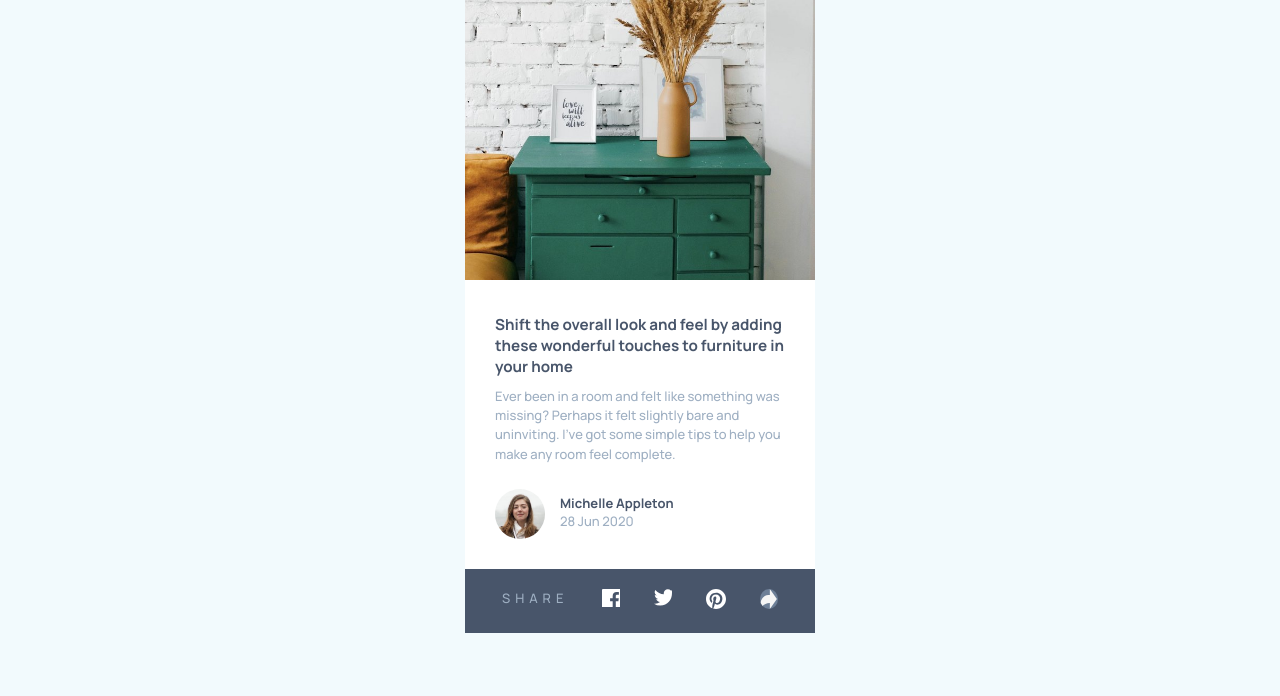
Repository: ellenliao95/frontend-mentor-solution
Page: article-preview-component-master/index.html
The author's editor kept a copy of each file at every save. The page is drawn from the files as they stood at one save, then again after the next save.
The browser window is 1280 px wide. The pictures show the whole page.

Above is the page before, as saved 2023-03-20 09:35:43.

### article-preview-component-master/index.html
<!DOCTYPE html>
<html lang="en">
<head>
  <meta charset="UTF-8">
  <meta name="viewport" content="width=device-width, initial-scale=1.0"> <!-- displays site properly based on user's device -->

<!-- fonts style -->
  <link rel="preconnect" href="https://fonts.googleapis.com">
  <link rel="preconnect" href="https://fonts.gstatic.com" crossorigin>
  <link href="https://fonts.googleapis.com/css2?family=Manrope:wght@500;700&display=swap" rel="stylesheet">

  <link rel="icon" type="image/png" sizes="32x32" href="./images/favicon-32x32.png">

  <title>Frontend Mentor | Article preview component</title>

  <link rel="stylesheet" href="index.css">
</head>
<body>
  <div class="all-container">
    <article>
      <picture>
        <source media="(min-width: 375px)" srcset="images/drawers.jpg">
        <img src="images/drawers.jpg" alt="" class="drawers-img">
      </picture>
    </article>

    <article class="container">
      <div>
        <h3>
          Shift the overall look and feel by adding these wonderful
          touches to furniture in your home
        </h3>
        <p>
          Ever been in a room and felt like something was missing? Perhaps it felt slightly bare and uninviting. I’ve got some simple tips to help you make any room feel complete.
        </p>
      </div>

      <div class="head-card">
        <img src="images/avatar-michelle.jpg" alt="me" class="head-img">
        <ul class="head-text">
          <li id="name">Michelle Appleton</li>
          <li>28 Jun 2020</li>
        </ul>

      </div>
    </article>
    <div class="share-dtl">
      <p>SHARE</p>
      <a href="#">
        <img src="images/icon-facebook.svg" alt="icon facebook ">
      </a>
      <a href="#">
        <img src="images/icon-twitter.svg" alt="icon twitter">
      </a>
      <a href="#">
        <img src="images/icon-pinterest.svg" alt="icon-pinterest">
      </a>
      <img
        src="images/icon-share.svg" alt="icon share" class="share-icon"
      >
    </div>
</div>
</body>
</html>

### article-preview-component-master/index.css
.attribution {
    font-size: 11px; text-align: center;
}
.attribution a {
    color: hsl(228, 45%, 44%);
}

*{
    box-sizing: border-box;
    margin: 0%;
    padding: 0%;
}
body{
    min-height: 100vh;
    background: rgba(235, 248, 252, 0.625);
    Font-size: 13px;
    font-family: 'Manrope', sans-serif;
    width: 350px;
    align-items: center;
    margin: 0 auto;
}
ul{
    list-style: none;
}
h3, #name{
    color: hsl(217, 19%, 35%);
    font-weight: 700;
}
p, li{
    color: hsl(212, 23%, 69%);
    font-weight: 500;
}
.all-container{
    background-color: white;
    border-radius: 10px;
}
.drawers-img{
    max-width: 100%;

}
.container{
    background-color: white;
    padding: 30px 30px;
}
.container p{
    margin: 10px 0 25px 0;
    line-height: 1.2rem;
    font-weight: 500;
}

/* head care */
.head-card{
    display: flex;
}
.head-img{
    border-radius: 50%;
    width: 50px;
    height: 50px;
}
.head-text{
    margin: 5px 15px;
}

.share-icon{
 width: 18px;
 height: 20px;
 background: hsl(214, 17%, 51%);
 border-radius: 50%;
 /*
 Q:
 padding 是往內推，造成箭頭空間壓縮甚至壓到看不見。
 該怎麼把箭頭懸浮在背景上面，互不影響？
 */
}
.share-dtl{
    background-color: hsl(217, 19%, 35%);
    display: flex;
    justify-content: space-around;
    padding: 20px;

}
.share-dtl p{
    letter-spacing: 5px;
}

### article-preview-component-master/images/icon-share.svg
<svg xmlns="http://www.w3.org/2000/svg" width="16" height="13"><path fill="whitesmoke" d="M15 6.495L8.766.014V3.88H7.441C3.33 3.88 0 7.039 0 10.936v2.049l.589-.612C2.59 10.294 5.422 9.11 8.39 9.11h.375v3.867L15 6.495z"/></svg>

After the next save:
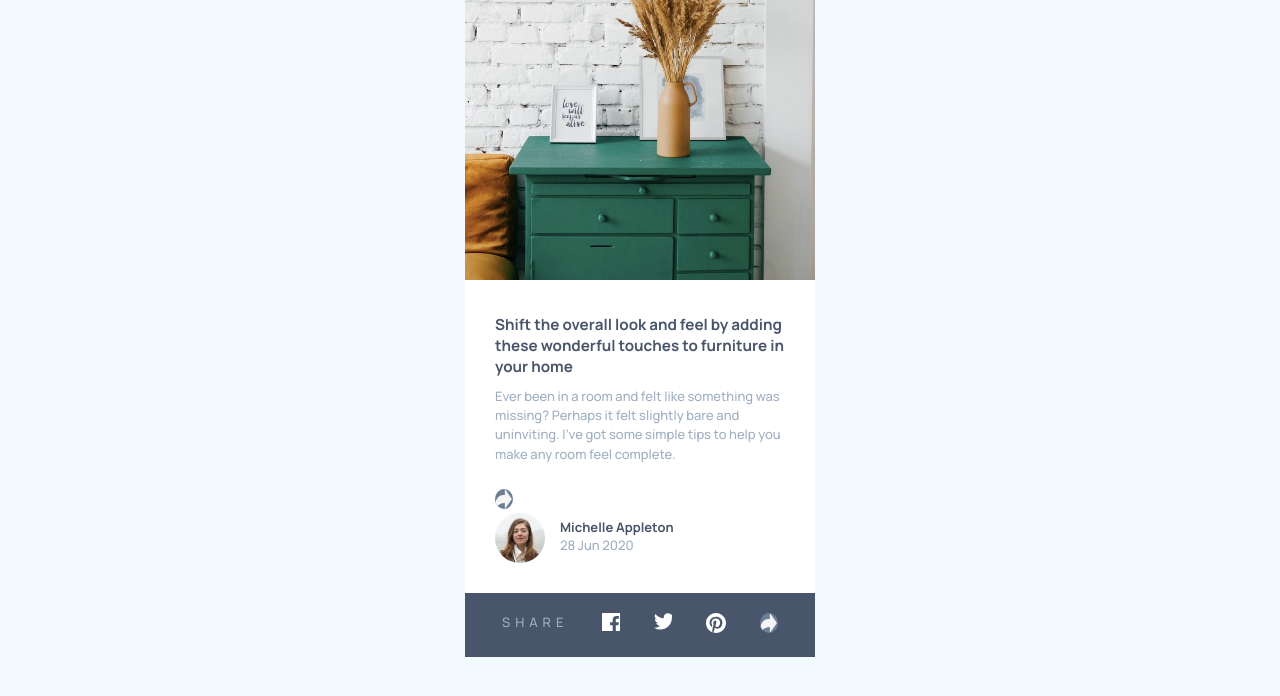
Saved 29 min 28 s later.
--- a/article-preview-component-master/index.html
+++ b/article-preview-component-master/index.html
@@ -34,7 +34,9 @@
           Ever been in a room and felt like something was missing? Perhaps it felt slightly bare and uninviting. I’ve got some simple tips to help you make any room feel complete.
         </p>
       </div>
-
+      <img
+      src="images/icon-share.svg" alt="icon share" class="share-icon"
+    >
       <div class="head-card">
         <img src="images/avatar-michelle.jpg" alt="me" class="head-img">
         <ul class="head-text">

After the save that followed:
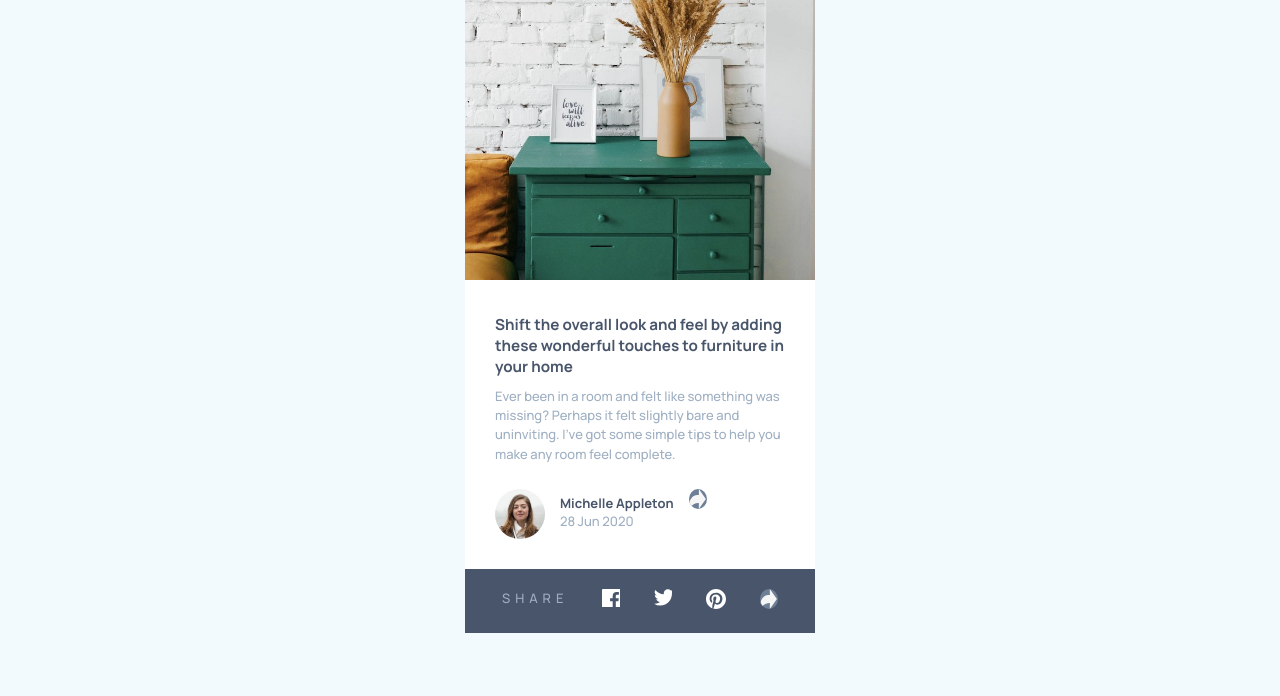
Saved 15 s later.
--- a/article-preview-component-master/index.html
+++ b/article-preview-component-master/index.html
@@ -34,16 +34,16 @@
           Ever been in a room and felt like something was missing? Perhaps it felt slightly bare and uninviting. I’ve got some simple tips to help you make any room feel complete.
         </p>
       </div>
-      <img
-      src="images/icon-share.svg" alt="icon share" class="share-icon"
-    >
+
       <div class="head-card">
         <img src="images/avatar-michelle.jpg" alt="me" class="head-img">
         <ul class="head-text">
           <li id="name">Michelle Appleton</li>
           <li>28 Jun 2020</li>
         </ul>
-
+        <img
+        src="images/icon-share.svg" alt="icon share" class="share-icon"
+      >
       </div>
     </article>
     <div class="share-dtl">
